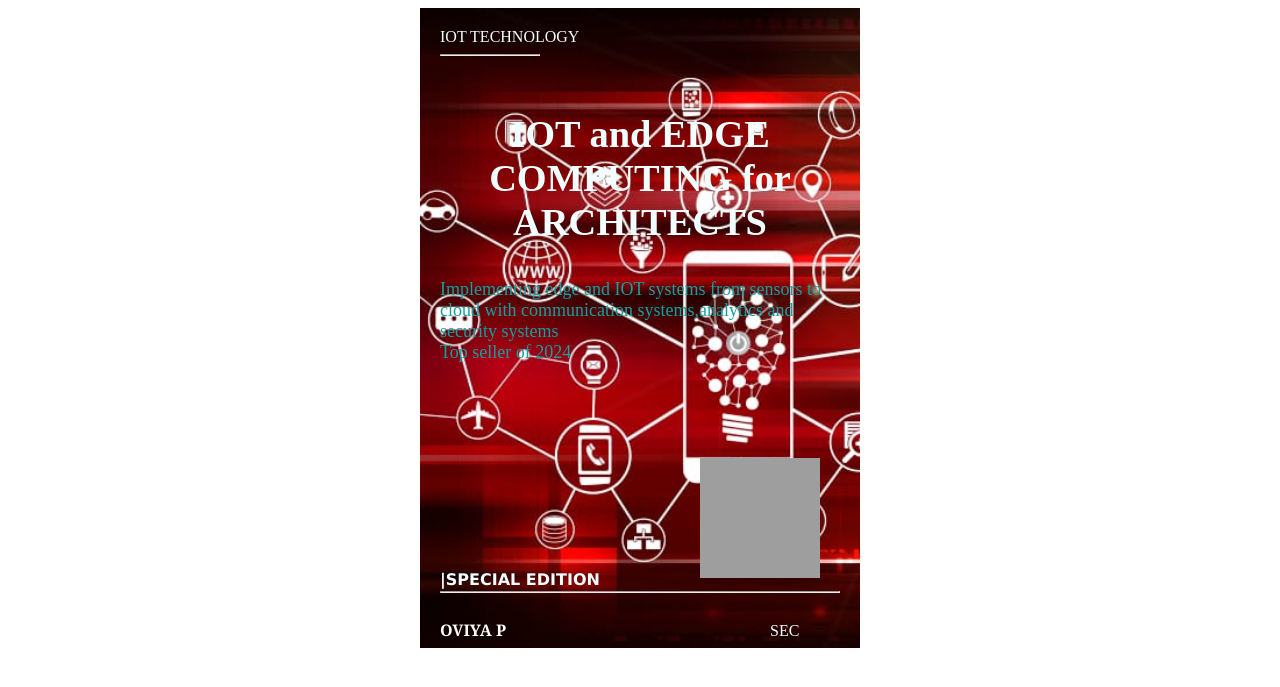
Repository: Oviya24032K6/cover
Page: oviya/coverapp/static/book.html
The author's editor kept a copy of each file at every save. The page is drawn from the files as they stood at one save, then again after a run of saves.
The browser window is 1280 px wide. The pictures show the whole page.
Pictures or frames that could not be fetched are drawn as grey boxes.

Above is the page before, as saved 2024-04-06 20:25:08.

After the next 3 saves:
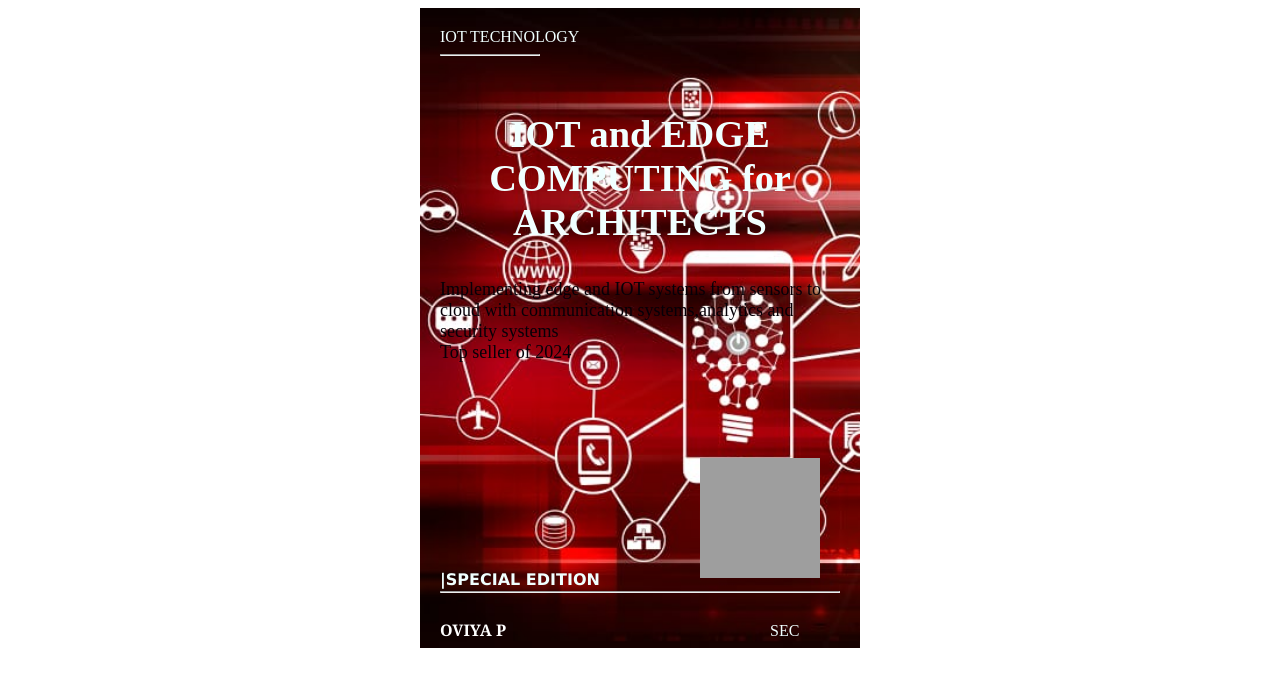
The 3 saves are shown as one change because they came seconds apart.
The last was saved 31 s later.
--- a/oviya/coverapp/static/book.html
+++ b/oviya/coverapp/static/book.html
@@ -68,7 +68,7 @@
 
         }
         .subtitle{
-            color:rgb(17, 161, 161);
+            color:rgb(6, 0, 8);
             font-family:unicorn;
             font-size: large;
             position: relative;
